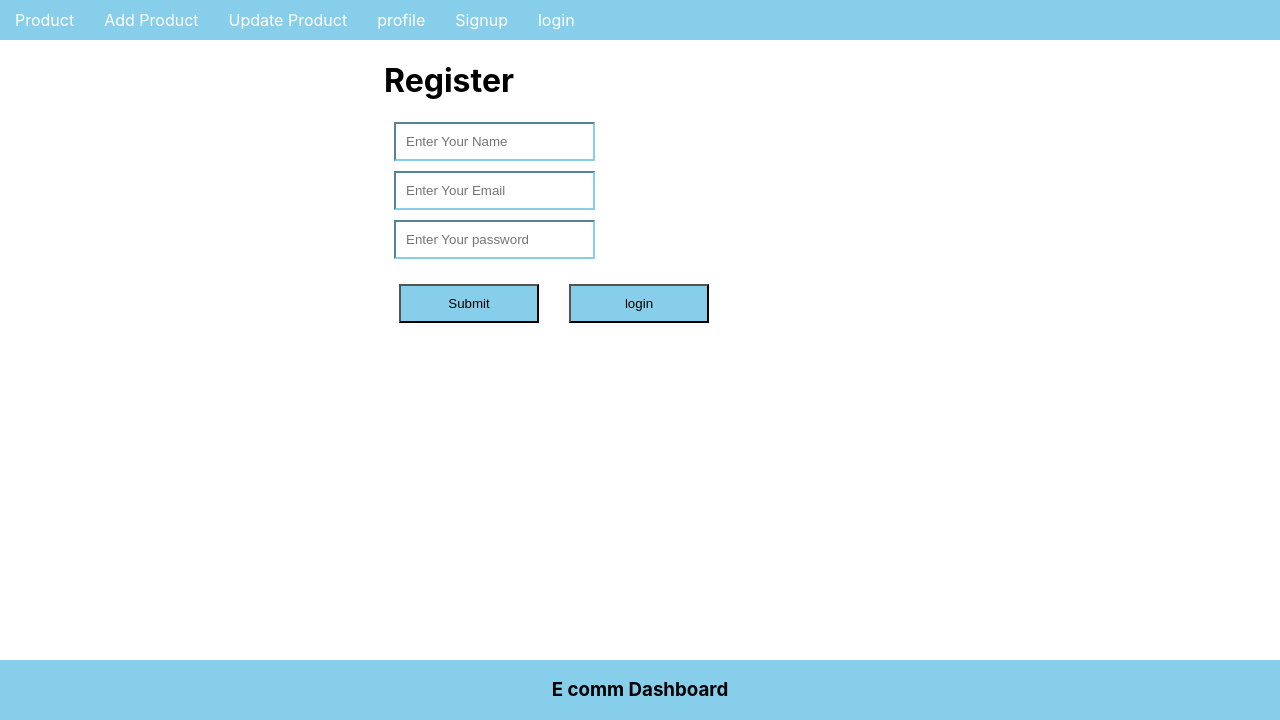
Repository: ShahbazGurmani/react-code-e-dashboard
Page: /add
An editor plug-in stored every save of this project. The page is shown before and after the next save, followed by the edit.
The browser window is 1280 px wide. The pictures show the whole page.
The project was rebuilt for these pictures with package versions that can differ from the ones it lists, and the page was loaded fresh each time. Also part of the build but not shown: src/components/Login.js.

Above is the page before, as saved 2023-08-24 22:45:08.

After the next save:
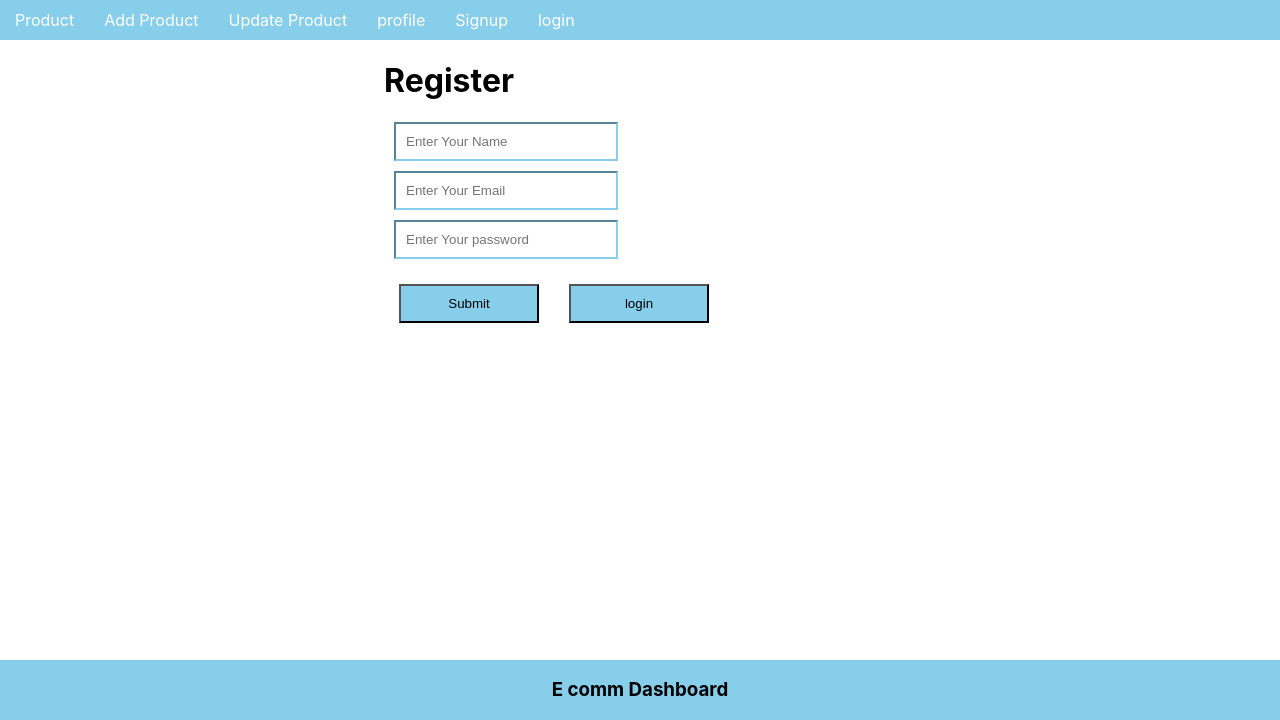
Saved 34 s later.
--- a/src/App.css
+++ b/src/App.css
@@ -29,6 +29,7 @@
   display: block;
     padding: 10px;
     margin: 10px;
+    width: 200px;
     border-color: skyblue;
 }
 .button{
